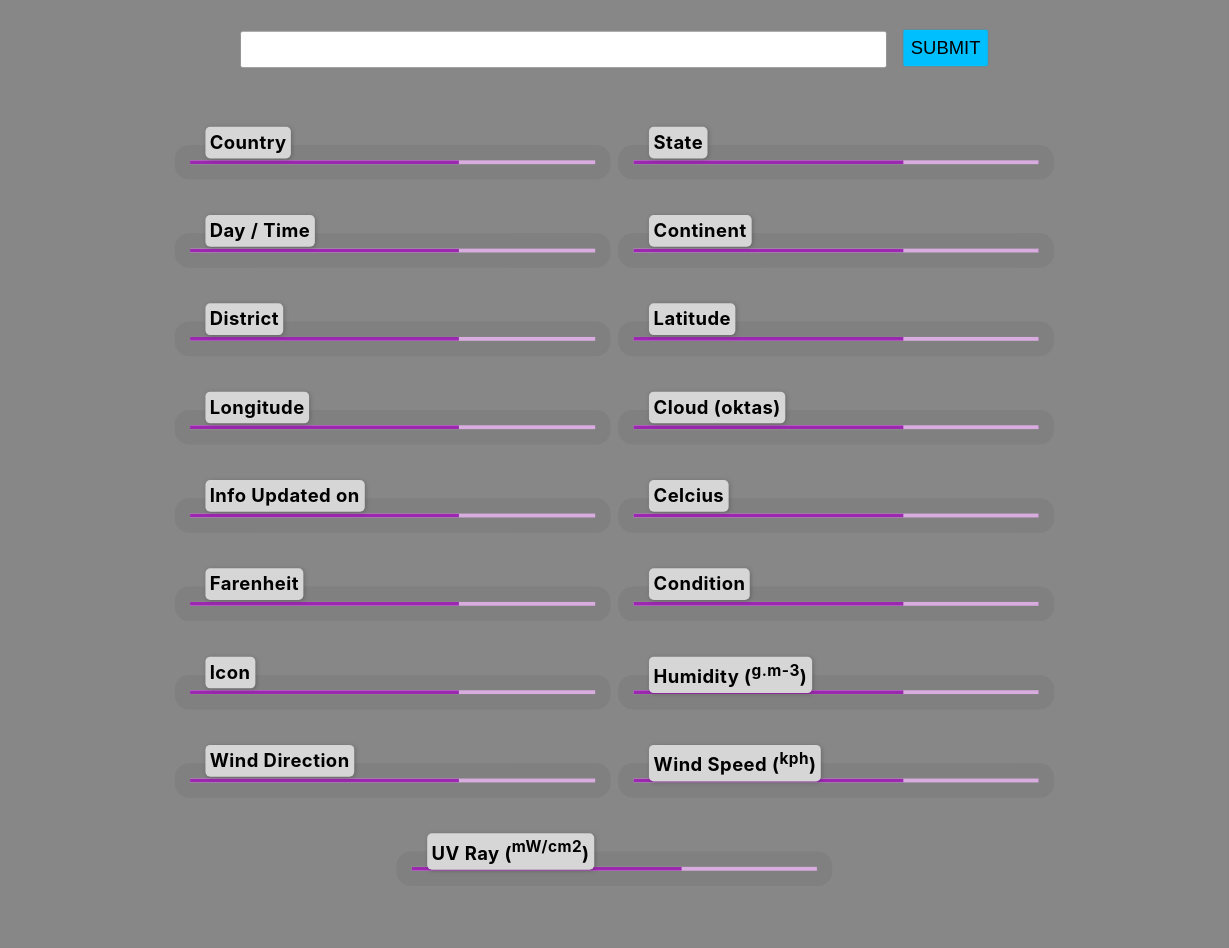
Repository: Imprasna/practising-API
Page: /
The author's editor kept a copy of each file at every save. The page is drawn from the files as they stood at one save, then again after the next save.
The browser window is 1280 px wide. The pictures show the whole page, at 96% of full size.
The project was rebuilt for these pictures with package versions that can differ from the ones it lists, and the page was loaded fresh each time. Also part of the build but not shown: src/component/Country.js, src/component/Region.js, src/component/Time.js, src/component/Continent.js, src/component/District.js, src/component/Cloud.js, src/component/UpdatedWeather.js, src/component/Celcius.js and 9 more.

Above is the page before, as saved 2021-11-11 23:58:33.

After the next save:
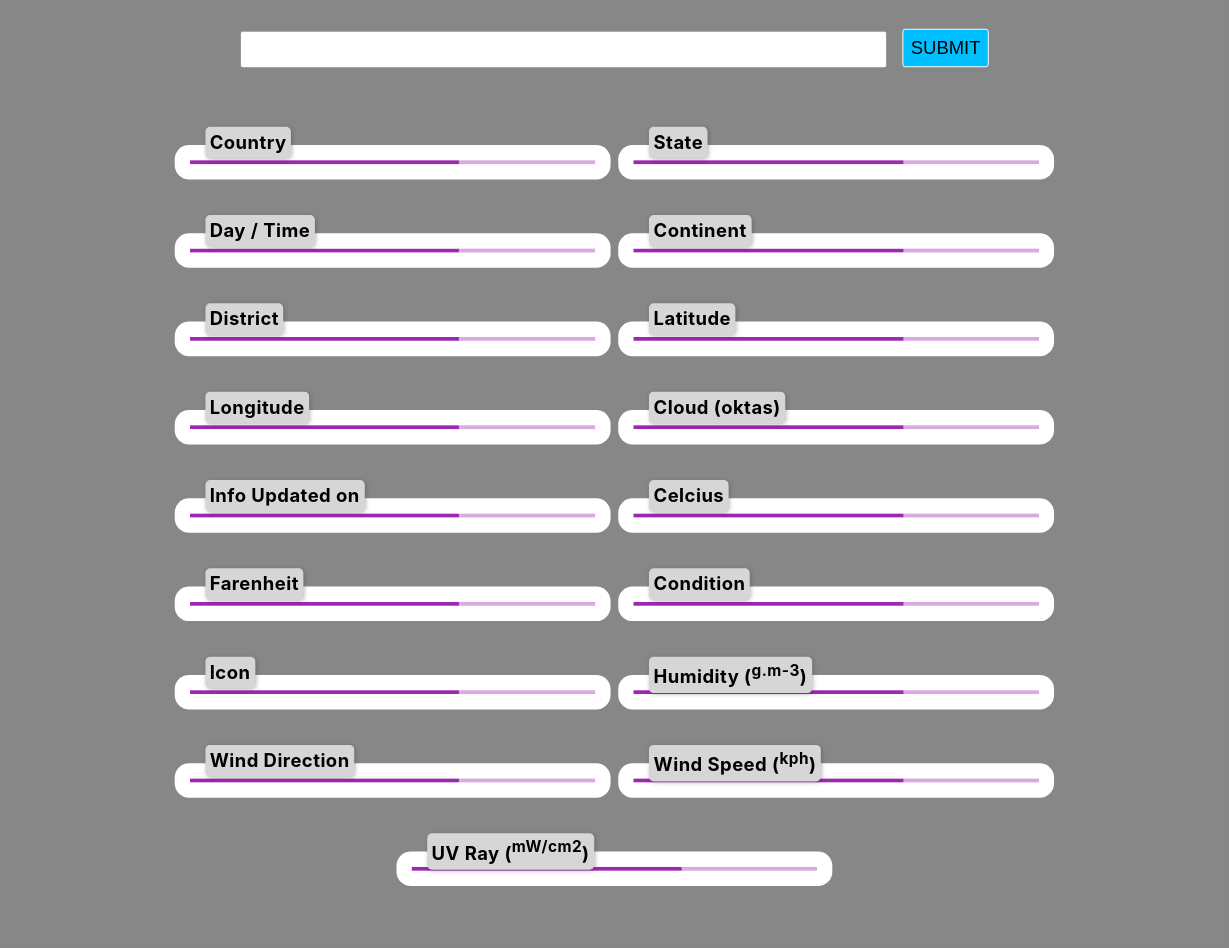
Saved 40 s later.
--- a/src/component/style.css
+++ b/src/component/style.css
@@ -31,7 +31,7 @@ body {
 .button {
     padding: .5rem;
     outline: none;
-    border: 1px solid gray;
+    border: 1px solid #fff;
     cursor: pointer;
     font-size: 1.2rem;
     text-transform: uppercase;
@@ -44,7 +44,7 @@ body {
     color: #fff;
     padding: 1rem;
     border-radius: 15px;
-    background-color: gray;
+    background-color: #fff;
     position: relative;
     font-size: 1.1rem;
     font-weight: 600;
@@ -69,7 +69,7 @@ body {
     color: #fff;
     padding: 1rem;
     border-radius: 15px;
-    background-color: gray;
+    background-color: #fff;
     position: relative;
     font-size: 1.1rem;
     font-weight: 600;
@@ -94,7 +94,7 @@ body {
     color: #fff;
     padding: 1rem;
     border-radius: 15px;
-    background-color: gray;
+    background-color: #fff;
     position: relative;
     font-size: 1.1rem;
     font-weight: 600;
@@ -119,7 +119,7 @@ body {
     color: #fff;
     padding: 1rem;
     border-radius: 15px;
-    background-color: gray;
+    background-color: #fff;
     position: relative;
     font-size: 1.1rem;
     font-weight: 600;
@@ -144,7 +144,7 @@ body {
     color: #fff;
     padding: 1rem;
     border-radius: 15px;
-    background-color: gray;
+    background-color: #fff;
     position: relative;
     font-size: 1.1rem;
     font-weight: 600;
@@ -169,7 +169,7 @@ body {
     color: #fff;
     padding: 1rem;
     border-radius: 15px;
-    background-color: gray;
+    background-color: #fff;
     position: relative;
     font-size: 1.1rem;
     font-weight: 600;
@@ -194,7 +194,7 @@ body {
     color: #fff;
     padding: 1rem;
     border-radius: 15px;
-    background-color: gray;
+    background-color: #fff;
     position: relative;
     font-size: 1.1rem;
     font-weight: 600;
@@ -219,7 +219,7 @@ body {
     color: #fff;
     padding: 1rem;
     border-radius: 15px;
-    background-color: gray;
+    background-color: #fff;
     position: relative;
     font-size: 1.1rem;
     font-weight: 600;
@@ -244,7 +244,7 @@ body {
     color: #fff;
     padding: 1rem;
     border-radius: 15px;
-    background-color: gray;
+    background-color: #fff;
     position: relative;
     font-size: 1.1rem;
     font-weight: 600;
@@ -269,7 +269,7 @@ body {
     color: #fff;
     padding: 1rem;
     border-radius: 15px;
-    background-color: gray;
+    background-color: #fff;
     position: relative;
     font-size: 1.1rem;
     font-weight: 600;
@@ -294,7 +294,7 @@ body {
     color: #fff;
     padding: 1rem;
     border-radius: 15px;
-    background-color: gray;
+    background-color: #fff;
     position: relative;
     font-size: 1.1rem;
     font-weight: 600;
@@ -319,7 +319,7 @@ body {
     color: #fff;
     padding: 1rem;
     border-radius: 15px;
-    background-color: gray;
+    background-color: #fff;
     position: relative;
     font-size: 1.1rem;
     font-weight: 600;
@@ -345,7 +345,7 @@ body {
     color: #fff;
     padding: 1rem;
     border-radius: 15px;
-    background-color: gray;
+    background-color: #fff;
     position: relative;
     font-size: 1.1rem;
     font-weight: 600;
@@ -370,7 +370,7 @@ body {
     color: #fff;
     padding: 1rem;
     border-radius: 15px;
-    background-color: gray;
+    background-color: #fff;
     position: relative;
     font-size: 1.1rem;
     font-weight: 600;
@@ -395,7 +395,7 @@ body {
     color: #fff;
     padding: 1rem;
     border-radius: 15px;
-    background-color: gray;
+    background-color: #fff;
     position: relative;
     font-size: 1.1rem;
     font-weight: 600;
@@ -420,7 +420,7 @@ body {
     color: #fff;
     padding: 1rem;
     border-radius: 15px;
-    background-color: gray;
+    background-color: #fff;
     position: relative;
     font-size: 1.1rem;
     font-weight: 600;
@@ -445,7 +445,7 @@ body {
     color: #fff;
     padding: 1rem;
     border-radius: 15px;
-    background-color: gray;
+    background-color: #fff;
     position: relative;
     font-size: 1.1rem;
     font-weight: 600;
